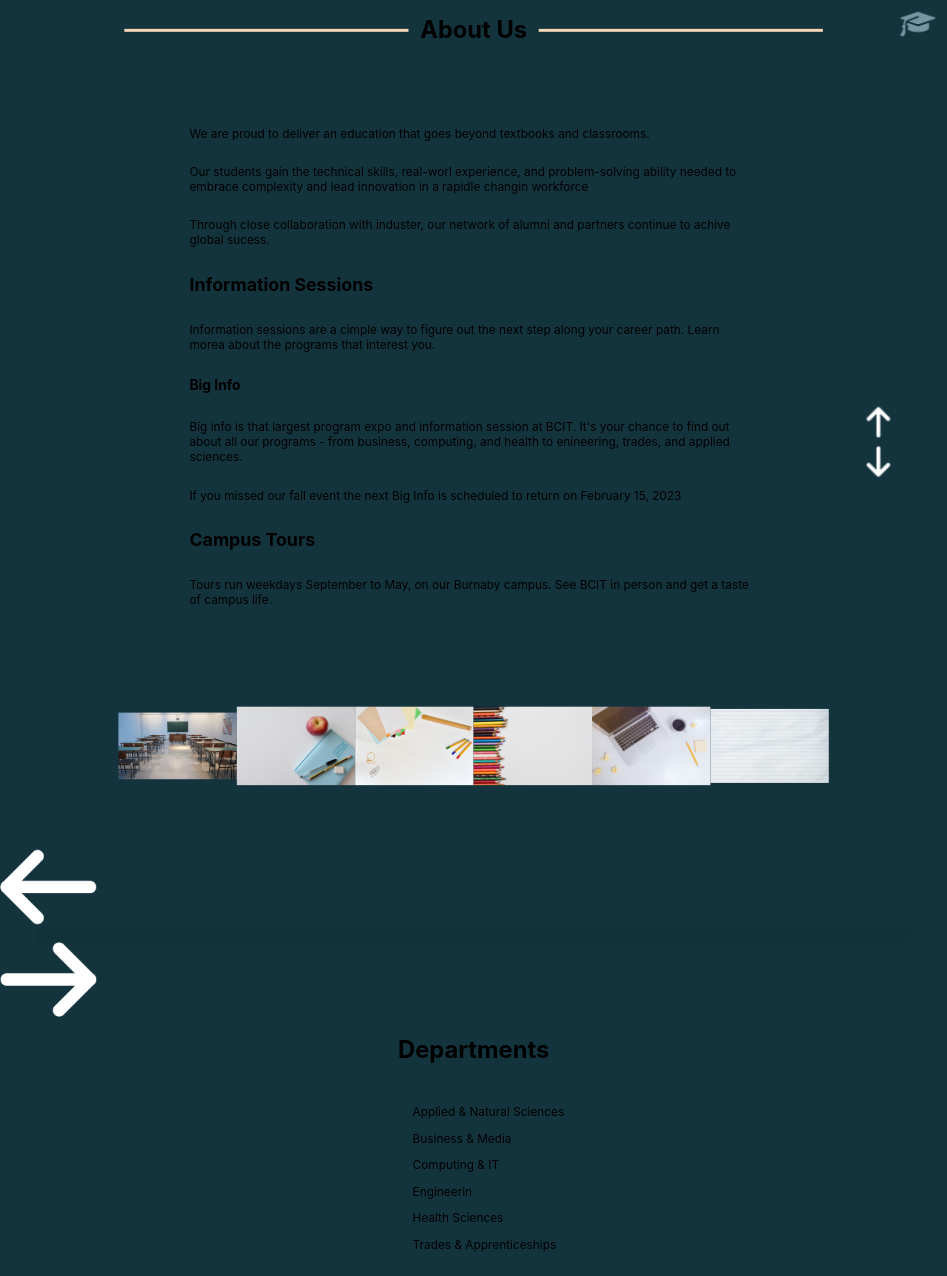
Repository: SaraShio/A01314209_Sara_Shiojima
Page: /about
An editor plug-in stored every save of this project. The page is shown before and after the next save, followed by the edit.
The browser window is 1280 px wide. The pictures show the whole page, at 74% of full size.
The project was rebuilt for these pictures with package versions that can differ from the ones it lists, and the page was loaded fresh each time. The framework's server and built-in components were replaced by stand-ins that run in the browser. Also part of the build but not shown: next.config.js.

Above is the page before, as saved 2023-02-08 22:09:20.

### pages/_app.js
import '../styles/globals.css'
import '../styles/variables.css'


function MyApp({ Component, pageProps }) {
  return <Component {...pageProps} />
}

export default MyApp

### pages/about.js
import Head from 'next/head'
import Image from 'next/image'
import styles from '../styles/About.module.css'
import Link from 'next/link'
import Arrow from '../components/Arrow'
import Navbar from '../components/Navbar'

export default function About() {
    return (
        <>
            <head>
                <title>About Us</title>
                <meta name="author" content="MDIA 2109" />
                <meta property="og:title" content="Assignment #1 - About Us Page" />
                <meta property="og:description" content="BCIT Digital Design and Development Diploma" />
                <link rel="icon" href='/favicon.png' />
            </head>

            <main className={styles.main}>
                <Navbar/>
                <header>
                    <div className={styles.header}>
                        <hr className={styles.line}></hr>
                        <h1>About Us</h1>
                        <hr className={styles.line}></hr>
                    </div>
                </header>
                <div className={styles.information}>
                    <div><p>We are proud to deliver an education that goes beyond textbooks and classrooms.</p></div>
                    <div><p>Our students gain the technical skills, real-worl experience, and problem-solving ability needed to embrace complexity and lead innovation in a rapidle changin workforce</p></div>
                    <div><p>Through close collaboration with induster, our network of alumni and partners continue to achive global sucess. </p></div>

                    <div><h2  >Information Sessions</h2></div>
                    <div><p>Information sessions are a cimple way to figure out the next step along your career path. Learn morea about the programs that interest you.</p></div>
                    <div><h3  >Big Info</h3></div>
                    <div><p>Big info is that largest program expo and information session at BCIT. It's  your chance to find out about all our programs - from business, computing, and health to enineering, trades, and applied sciences.</p></div>
                    <div><p  >If you missed our fall event the next Big Info is scheduled to return on February 15, 2023</p></div>
                    <div><h2  >Campus Tours</h2></div>

                    <div><p>Tours run weekdays September to May, on our Burnaby campus. See BCIT in person and get a taste of campus life.</p></div>
                </div>

                <div id="carouselImage" className={styles.carouselImage}>
                    <img className={styles.carousel} src={"carousel-images/0.jpg"} />
                    <img className={styles.carousel} src={"carousel-images/1.jpg"} />
                    <img className={styles.carousel} src={"carousel-images/2.jpg"} />
                    <img className={styles.carousel} src={"carousel-images/3.jpg"} />
                    <img className={styles.carousel} src={"carousel-images/4.jpg"} />
                    <img className={styles.carousel} src={"carousel-images/5.jpg"} />
                </div>

                <div>
                    <img src={'icons/leftArrow.png'} />
                    <div id="testOnImageHere" className={styles.testOnImageHere}></div>
                    <img src={'icons/rightArrow.png'} />
                </div>


                <div className={styles.departments}>
                    <div className={styles.header}>
                        <hr className={styles.line}></hr>
                        <h1>Departments</h1>
                        <hr className={styles.line}></hr>
                    </div>
                    <ul className={styles.departmentName}>
                        <li>Applied & Natural Sciences</li>
                        <li>Business & Media</li>
                        <li>Computing & IT</li>
                        <li>Engineerin</li>
                        <li>Health Sciences</li>
                        <li>Trades & Apprenticeships</li>
                    </ul>
                </div>
                <Arrow page="About" />

            </main>
        </>
    )
}

### styles/variables.css
:root{
    --primary-color: #fff;
    --beige: #f4d6b9;
    --ternary-color: #7796A4;
    --teal: #14343d;
    --quinary-color: rgba(16,46,53,0.5);
    }

### styles/About.module.css
.main{
    background-color: var(--teal);
}

.carouselImage{
    height: 200px;
    background-repeat: no-repeat;
    background-size: cover;
    display: flex;
    justify-content: center;
    align-items: center;
    margin: 40px 0px;
}

.carousel{
width: 10rem;
}

.testOnImageHere{
    background-color: rgba(16, 46, 53, 0.5);
    padding: 10px;
    margin: 0px 50px;
}

.header{
display: flex;
justify-content: center;
align-items: center;
}

.line{
    width: 30%;
    height: 0.25rem;
    background-color: var(--beige);
    border: none;
    margin: 1rem;
}

.information{
    margin: 10vh 20vw;
    display: flex;
    justify-content: center;
    flex-direction: column;
}


.departments{
    display: flex;
    flex-direction: column;
    align-items: center;
    justify-content: center;
}

.departmentName>li{
    list-style: none;
    margin: 1rem;
}

### components/Arrow/index.js
import styles from './Arrow.module.css'

export default function Arrow({
    page = "home",
}) {
    return (

        page.toLowerCase() === "home" ?
            <div className={styles.arrow}><a><span><img src={'icons/downwardArrow.png'} /></span></a>
            </div> :
            page.toLowerCase() === "about" ?
                <div className={styles.arrow}><a><span><img src={'icons/upwardArrow.png'} /></span></a>
                    <a><span><img src={'icons/downwardArrow.png'} /></span></a>
                </div> :
                page.toLowerCase() === "contact" ?
                    <div className={styles.arrow}><a href="/about"><span><img src={'icons/upwardArrow.png'} /></span></a>
                    </div> :
                    <div className={styles.arrow}><a href="/"><span><img src={'icons/downwardArrow.png'} /></span></a>
                    </div>
    )
}

### components/Navbar/index.js
import styles from './Navbar.module.css'


export default function Navbar() {

    return (
        <>
            <nav className={styles.navbar}>
                <img className={styles.nav_icon} src={'icons/graduation-hat.png'}></img>
            </nav>
        </>
    )
}

### components/Arrow/Arrow.module.css
.arrow{
    bottom:10vh;
    right: 6vw;
    display: flex;
    flex-direction: column;
    position: fixed;
    gap: 0.5rem;
}


.arrow > a > span > img{
    width: 2rem;
}

### components/Navbar/Navbar.module.css
.navbar{
    display: flex;
    position: relative;
}

.nav_icon{
    width: 3rem;
    top: 1rem;
    right: 1rem;
    position: absolute;
}

Loaded but not shown: styles/globals.css (common file)

After the next save:
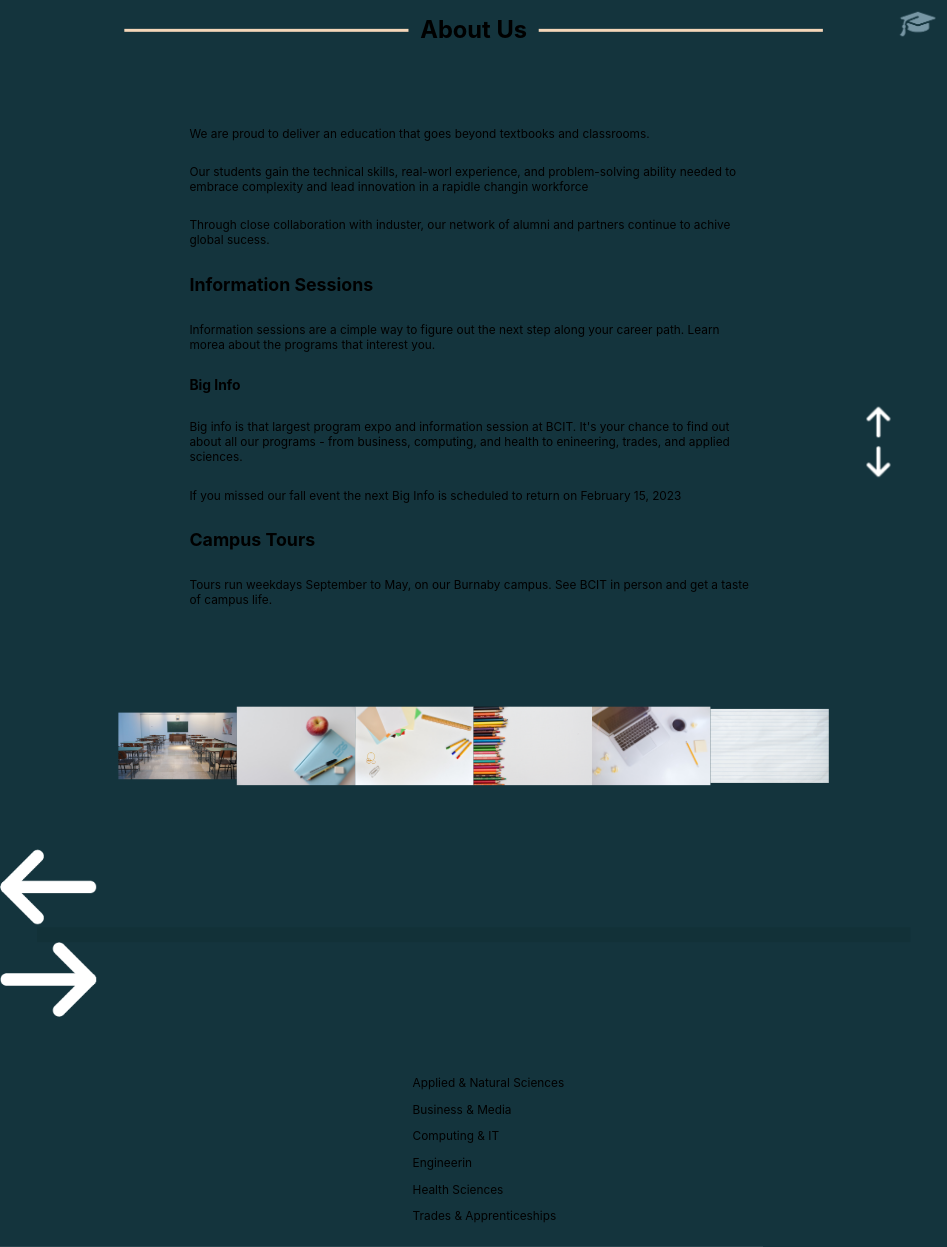
Saved 30 s later.
--- a/pages/about.js
+++ b/pages/about.js
@@ -59,7 +59,7 @@
                 <div className={styles.departments}>
                     <div className={styles.header}>
                         <hr className={styles.line}></hr>
-                        <h1>Departments</h1>
+                        <h1></h1>
                         <hr className={styles.line}></hr>
                     </div>
                     <ul className={styles.departmentName}>
